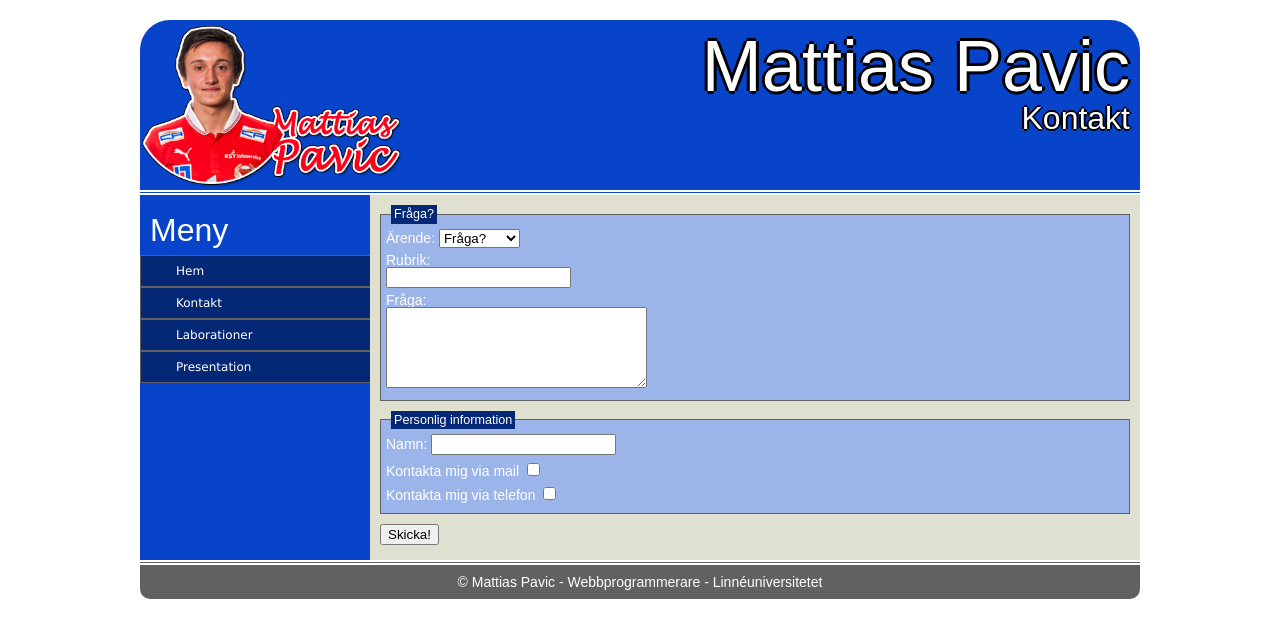
Repository: mp222sf/1ik415-laborationer
Page: pages/kontakt.html
The author's editor kept a record of every edit. The page is drawn from the files as they stood at one moment, then again after the next edit.
The browser window is 1280 px wide. The pictures show the whole page.

Above is the page before.

After the next edit:
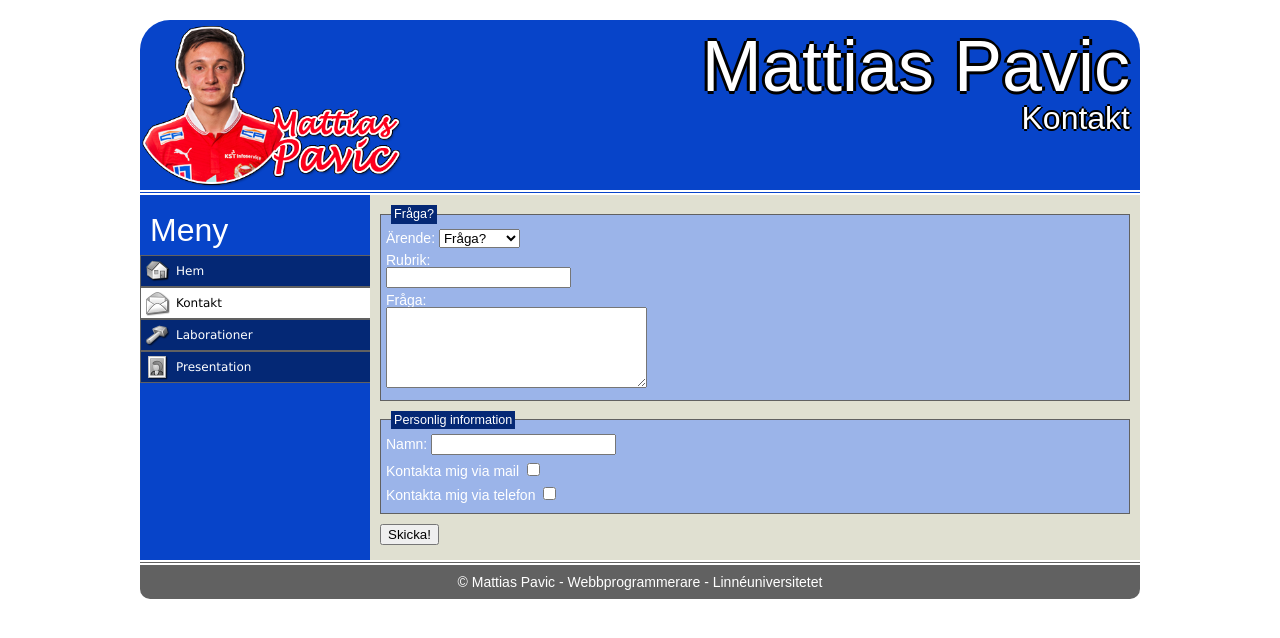
The edit:
--- a/pages/kontakt.html
+++ b/pages/kontakt.html
@@ -15,12 +15,12 @@
             <div id="navigation_content">
             <div id="navigation">
                 <h3>Meny</h3>
-                <ul id="meny">
-                <li><a href="../index.html">Hem</a></li>
-                 <li><a id="current" href="kontakt.html">Kontakt</a></li>
-                 <li><a href="laborationer.html">Laborationer</a></li>
-                 <li><a href="presentation.html">Presentation</a></li>
-                </ul>
+                    <ul id="meny">
+                    <li><a id="meny_hem" href="../index.html">Hem</a></li>
+                     <li><a class="current" id="meny_kontakt" href="kontakt.html">Kontakt</a></li>
+                     <li><a id="meny_laborationer" href="laborationer.html">Laborationer</a></li>
+                     <li><a id="meny_presentation" href="presentation.html">Presentation</a></li>
+                    </ul>
             </div>
             <div id="content">
                 <!--Här skriver vi infomation.-->
